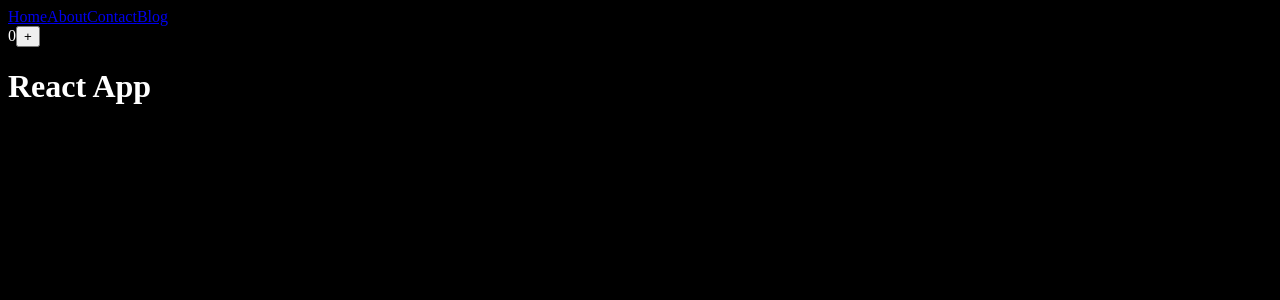
Repository: marianozamora/react-vitest
Page: /
An editor plug-in stored every save of this project. The page is shown before and after the next save, followed by the edit.
The browser window is 1280 px wide. The pictures show the whole page.
The project was rebuilt for these pictures with package versions that can differ from the ones it lists, and the page was loaded fresh each time. Also part of the build but not shown: vite.config.ts, src/components/05-pages/Home.tsx, src/components/05-pages/About.tsx.

Above is the page before, as saved 2023-05-06 11:33:48.

### src/main.tsx
import React from 'react'
import ReactDOM from 'react-dom/client'
import App from './App.tsx'
import './index.css'

ReactDOM.createRoot(document.getElementById('root') as HTMLElement).render(
  <React.StrictMode>
    <App />
  </React.StrictMode>,
)

### src/App.tsx
import { useCounterStore } from "./store/counterStore";
//import React from 'react'
import { Route, createBrowserRouter, createRoutesFromElements, RouterProvider, Link } from 'react-router-dom';

import Home from './components/05-pages/Home'
import About from './components/05-pages/About'
import Blog from './components/05-pages/About'
import Contact from './components/05-pages/About'

import Navbar from "./components/02-molecules/NavBar";

//import './index.css'

const Root
  = () => (
    <>
      <div>
        <Link to="/">Home</Link>
        <Link to="/about">About</Link>
        <Link to="/contact">Contact</Link>
        <Link to="/blog">Blog</Link>

      </div>
    </>)

const router = createBrowserRouter(
  createRoutesFromElements(
    <Route path="/" element={<Root />}>
      <Route index element={<Home />} />
      <Route path="about" element={<About />} />
      <Route path="blog" element={<Blog />} />
      <Route path="contact" element={<Contact />} />

    </Route>
  )
)
//shallow to compare objects
function App({routes}: any) {
  const { count, increment } = useCounterStore();

  return (
    <div className="App">
      <RouterProvider router={router}/>
      <div className="bg-red-500">
        {count}
        <button onClick={increment}>+</button>
        <header className="App-header">
          <h1>React App</h1>
        </header>
        </div>
    </div>

  );
}
export default App;

### src/store/counterStore.ts
import {create} from 'zustand';

type CounterState = {
    count: number;
    increment: () => void;
    decrement: () => void;
};

export const useCounterStore = create<CounterState>((set) => ({
    count: 0,
    increment: () => set((state) => ({ count: state.count + 1 })),
    decrement: () => set((state) => ({ count: state.count - 1 })),
}));

### src/components/02-molecules/NavBar.tsx
import React from 'react';
import Link from '../01-atoms/Link';
import Logo
    from '../01-atoms/Logo';
const Navbar: React.FC = () => {
    return (
        <nav className="bg-gray-800">
        <div className="max-w-7xl mx-auto px-4 sm:px-6 lg:px-8">
            <div className="flex items-center justify-between h-16">
            <div className="flex items-center">
                <div className="flex-shrink-0">
                <Link href="/">
                 <Logo
                    />
                </Link>
                </div>
                <div className="hidden md:block">
                <div className="ml-10 flex items-baseline space-x-4">
                    <Link
                    href="/"
                    className="text-white hover:text-gray-300 px-3 py-2 rounded-md text-sm font-medium"
                    >
                    Home
                    </Link>
                    <Link
                    href="/about"
                    className="text-white hover:text-gray-300 px-3 py-2 rounded-md text-sm font-medium"
                    >
                    About
                    </Link>
                    <Link
                    href="/blog"
                    className="text-white hover:text-gray-300 px-3 py-2 rounded-md text-sm font-medium"
                    >
                    Blog
                    </Link>
                    <Link
                    href="/contact"
                    className="text-white hover:text-gray-300 px-3 py-2 rounded-md text-sm font-medium"
                    >
                    Contact
                    </Link>
                </div>
                </div>
            </div>
            </div>
        </div>
        </nav>
    );
};

export default Navbar;

### src/components/01-atoms/Link/index.tsx
import React from 'react';

interface LinkProps {
    href: string;
    target?: string;
    children: React.ReactNode;
    className?: string;
}

const Link: React.FC<LinkProps> = ({ href, target, children, className }) => {
    return (
        <a className={ className } href={href} target={target}>
        {children}
        </a>
    );
};

export default Link;

### src/components/01-atoms/Logo/index.tsx
import React from 'react';
import logoImage from '../assets/logo.svg';

const Logo: React.FC = () => {
    return <img src={logoImage} alt="Logo" />;
};

export default Logo;

Loaded but not shown: index.html (common file); src/index.css (common file)

After the next save:
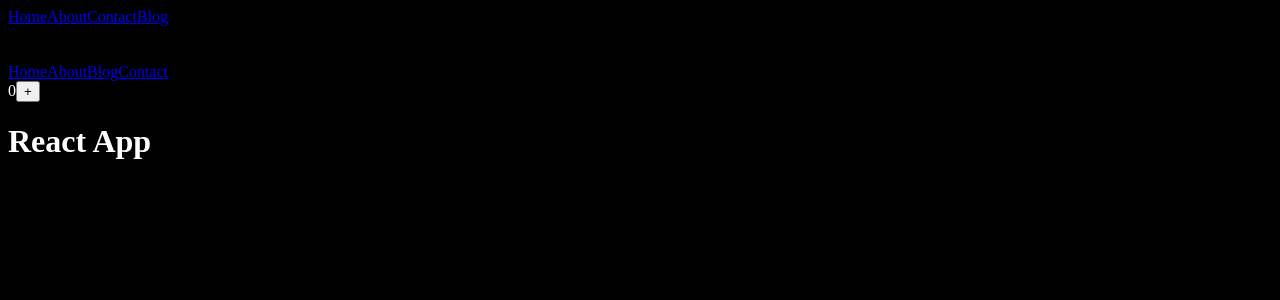
Saved 8 s later.
--- a/src/App.tsx
+++ b/src/App.tsx
@@ -40,7 +40,8 @@
 
   return (
     <div className="App">
-      <RouterProvider router={router}/>
+      <RouterProvider router={router} />
+      <Navbar />
       <div className="bg-red-500">
         {count}
         <button onClick={increment}>+</button>
